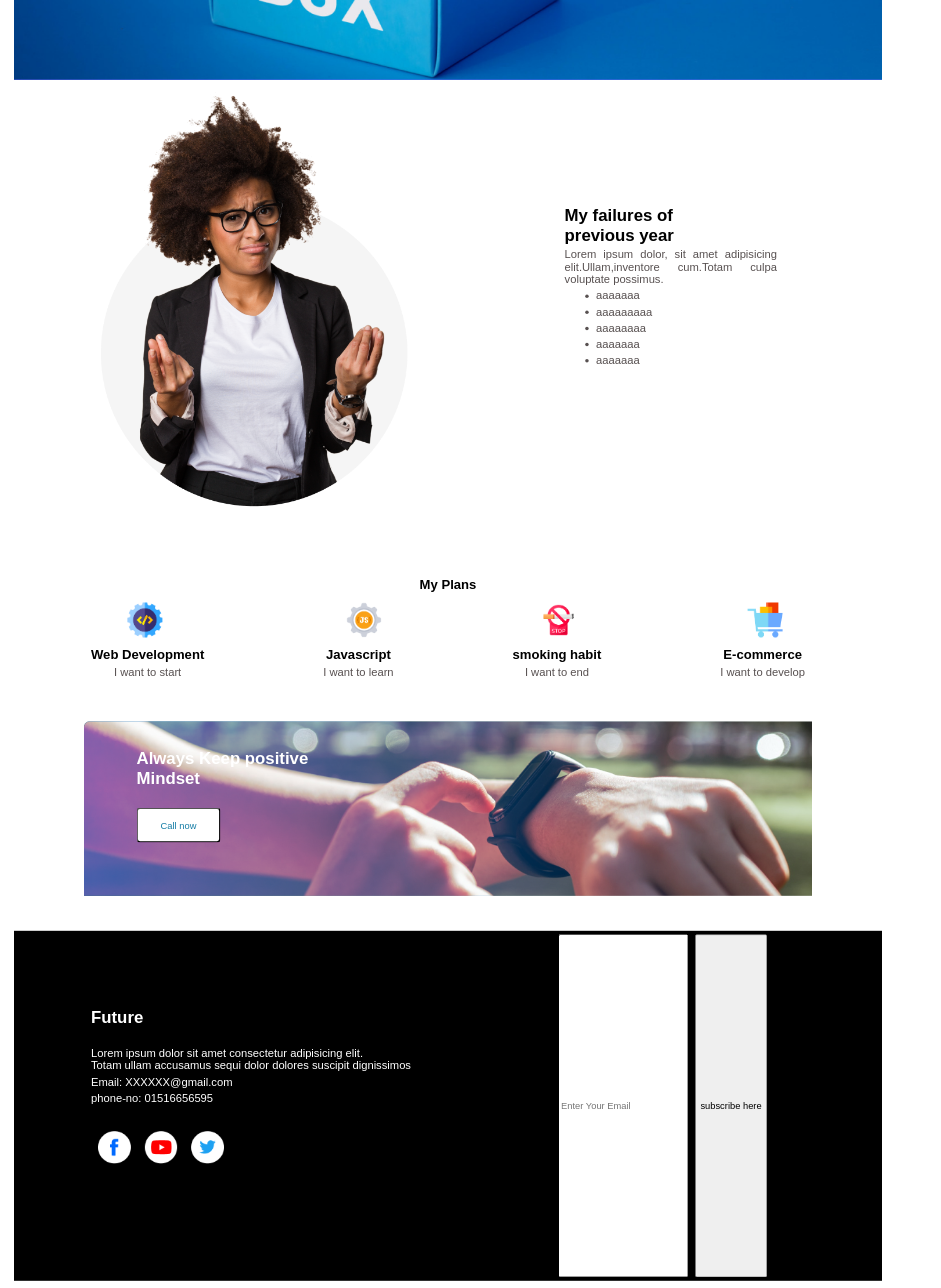
Repository: sadiaafsana138/All-Thinks-Are-Possible-Website
Page: index.html
These files come from the project's save history. The page is drawn as it stood at one moment and after the next save; the edit follows.
The browser window is 1280 px wide. The page is 1344 px wide, so the pictures cover 1344 px, including what lies to the right of the window. The pictures show the part of the page from y = 704 to 2544 px (the page is 2544 px tall), at 70% of full size.

Above is the page before, as saved 2023-01-08 14:24:04.

### index.html
<!DOCTYPE html>
<html lang="en">

<head>
    <meta charset="UTF-8">
    <meta http-equiv="X-UA-Compatible" content="IE=edge">
    <meta name="viewport" content="width=device-width, initial-scale=1.0">
    <title>First Website</title>
    <link rel="stylesheet" href="styles/web.css">
</head>

<body>
    <!-- header -->
    <header>
        <section class="section1">
            <div>
                <h1 id="head-text1">
                    All Thinks Are<br>Possible If You<br>believe
                </h1>
                <p id="head-text2">Lorem ipsum dolor sit consectetur adipisicing<br>elit.Veritatis quisquam
                    necessitatibus <br>quod rem vel modi laboriosam doloribus<br>laborum dolorem?
                </p>
                <button id="button1">
                    Contact Us
                </button>
            </div>
        </section>
    </header>
    <main>
        <!--second section-->
        <section class="section2">
            <div id="sec2details">
                <img id="sec2img" src="images/person.png" alt="person">
                <div id="sec2text">
                    <h2>
                        My failures of <br>
                        previous year
                    </h2>
                    <p class="text2">Lorem ipsum dolor, sit amet adipisicing
                        elit.Ullam,inventore cum.Totam culpa voluptate possimus.
                    <ul class="text2">
                        <li>aaaaaaa</li>
                        <li>aaaaaaaaa</li>
                        <li>aaaaaaaa</li>
                        <li>aaaaaaa</li>
                        <li>aaaaaaa</li>
                    </ul>
                    </p>
                </div>
            </div>
        </section>

        <!--section 3-->
        <section class="section3">
            <h3>
                My Plans
            </h3>
            <div id="sec3details">

                <div>
                    <img class="img3" src="images/icons/web.png" alt="" ><br>
                    <H3>Web Development</H3>
                    <p class="text3">I want to start</p>
                </div>
                <div>
                    <img class="img3" src="images/icons/js.png" alt="" ><br>
                    <H3>Javascript</H3>
                    <p class="text3">I want to learn</p>
                </div>
                <div>
                    <img class="img3" src="images/icons/smoke.png" alt="" ><br>
                    <H3>smoking habit</H3>
                    <p class="text3">I want to end</p>
                </div>
                <div>
                    <img class="img3" src="images/icons/ecom.png" alt="" ><br>
                    <H3>E-commerce</H3>
                    <p class="text3">I want to develop</p>
                </div>
            </div>
            <div id="mindset">

                <div id="mindsetxt">
                    <h1>Always Keep positive
                        <br>Mindset
                    </h1><br>
                    <button id="button2">Call now</button>
                </div>
            </div>
        </section>

    </main>
    <footer>
        <Section class="Footer">
            <div id="footerdetails">
                <h2>Future</h2><br>
                <p class="text4">Lorem ipsum dolor sit amet consectetur adipisicing elit.<br>Totam ullam accusamus sequi dolor dolores
                    suscipit dignissimos
                </p>
                <p class="text4">Email: XXXXXX@gmail.com</p>
                <P class="text4">phone-no: 01516656595</P><br>
                <ul>
                    <li><img src="images/icons/fb.png" alt=""></li>
                    <li><img src="images/icons/youtube.png" alt=""></li>
                    <li><img src="images/icons/twitter.png" alt=""></li>
                </ul>
            </div>
            <h3>subscribe</h3><br>
            <p>Enter Email:</p>
            <input type="email" placeholder="Enter Your Email">

            <br>
            <button>subscribe here</button>
            </div>
        </Section>
    </footer>
</body>

</html>

### styles/web.css
*{
margin: 5px 5px ;
font-family: Arial, Helvetica, sans-serif;
}
.section1{
    background-image:url(../images/banner/banner3.png);
    height: 808px;
    width:cover;
    background-repeat: no-repeat;
    background-color: blue;

}
#head-text1{
    color: white;
    padding-left: 50% ;
    padding-right:5%;
    padding-top: 20%;
    text-align: right;
    Font-style: Bold;
}
#head-text2{
    color: white;
    padding-left: 50% ;
    padding-right:5%;
    text-align: right;
}
#button1{
    margin-top: 10px;
    width: 160px;
    height: 56px;
    left: 640px;
    top: 438px;
    text-align: center;
    align-items: right;
    background: white;
    border-radius: 5px;
    margin-right: 150px;
    margin-left: 82%;
    align-content: right;
}
#sec2details{
    display: flex;
    width: 1000px;
    height: 700px;
    margin-left: 100px;
    margin-right: 100px;
}
#sec2img{
    align-items: center;

    margin-bottom:20%;
    height: 600px;
    width: 500px;
}
#sec2text{
        text-align: justify;
        margin-left:20%;
        margin-top: 17%;
        margin-bottom: 20%;
}
#sec2details ul.text2,p.text2{
    color:rgb(88, 81, 81);
    font-size:10;
}
.section3 h3{
    text-align: center;
}
#sec3details{
    display: flex;
    justify-content: space-between;
    margin-left: 100px;
    margin-right: 100px;
}
#sec3details p.text3{
    color:rgb(88, 81, 81);
    text-align: center;
}
#sec3details img.img3{
    padding-left: 30%;
    height: 50px;
    width: 50px;
}
#mindset{
    margin-left: 100px;
    margin-right: 100px;
    background-image: url(../images/gradient1.png) ,url(../images/watch.png);
    background-repeat: no-repeat, repeat;
    background-blend-mode:lighten;
    height: 250px;
}
#mindsetxt h1{
    text-align: left;
    margin-left: 70px;
    margin-top: 50px;
    padding-top: 40px;
    color: white;
}
#button2{
    margin-top: 5px;
    width: 120px;
    height: 50px;
    text-align: center;
    align-items: left;
    background: white;
    border-radius: 5px;
    margin-left: 70px;
    align-content:left;
    color: rgb(20, 124, 165);

}
.Footer{
    margin-top: 50px;
    height: 500px;
    width: cover;
    background-color: black;
    display: flex;
}
#footerdetails h2{
    padding-top: 100px;
    color: white;
    text-align:left;
    padding-left: 100px;
}
#footerdetails p.text4{
    color: white;
    text-align:left;
    padding-left: 100px;
}
#footerdetails ul{
    display: flex;
    padding-left: 100px;
}

After the next save:
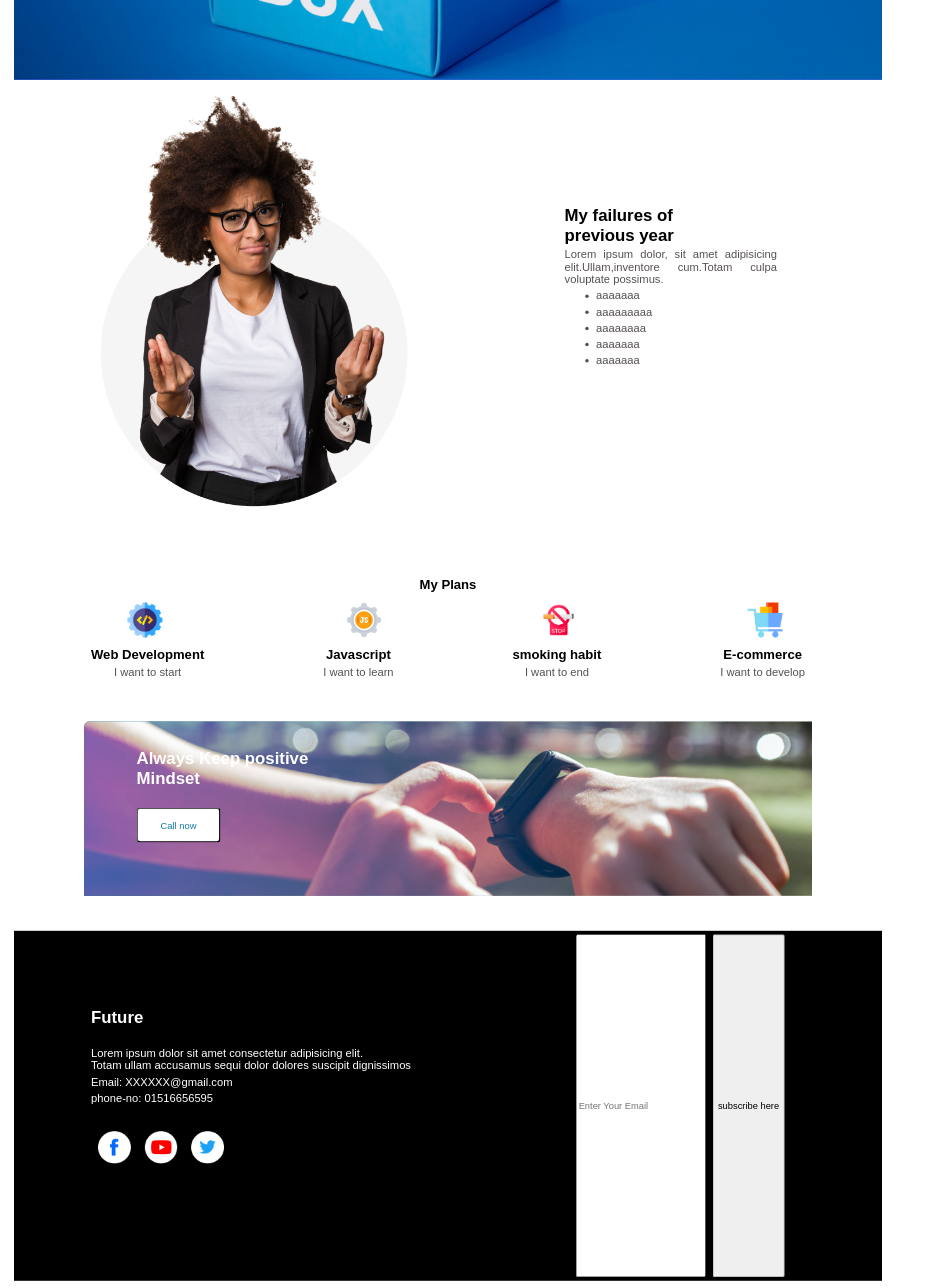
Saved 63 s later.
--- a/index.html
+++ b/index.html
@@ -105,7 +105,7 @@
                     <li><img src="images/icons/twitter.png" alt=""></li>
                 </ul>
             </div>
-            <h3>subscribe</h3><br>
+            <h2>subscribe</h2><br>
             <p>Enter Email:</p>
             <input type="email" placeholder="Enter Your Email">
 
